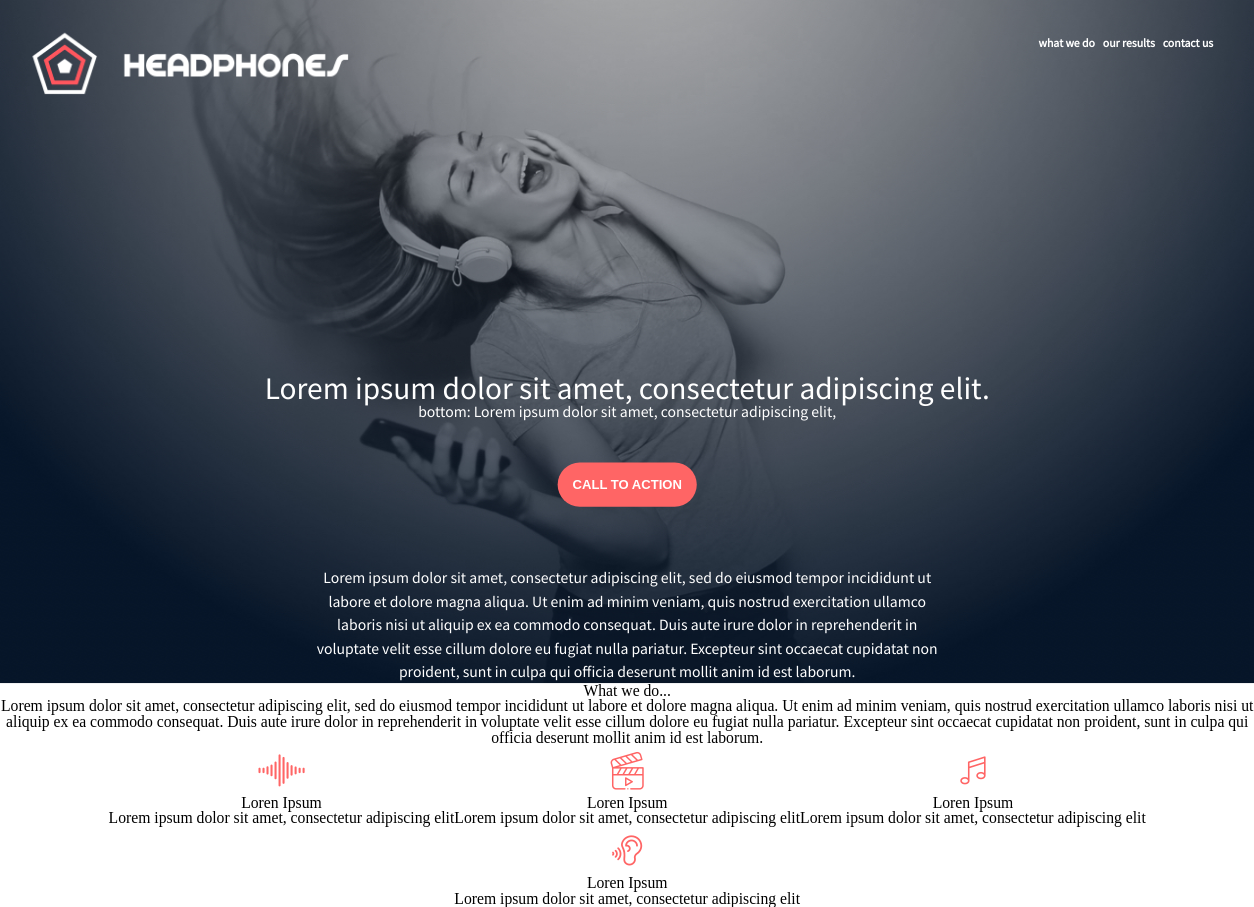
Repository: seleniadelgado/holbertonschool-web_front_end
Page: 0x09-implement_a_design_from_scratch/1-index.html
An editor plug-in stored every save of this project. The page is shown before and after the next save, followed by the edit.
The browser window is 1280 px wide. The pictures show the whole page, at 98% of full size.

Above is the page before, as saved 2020-03-19 16:07:28.

After the next save:
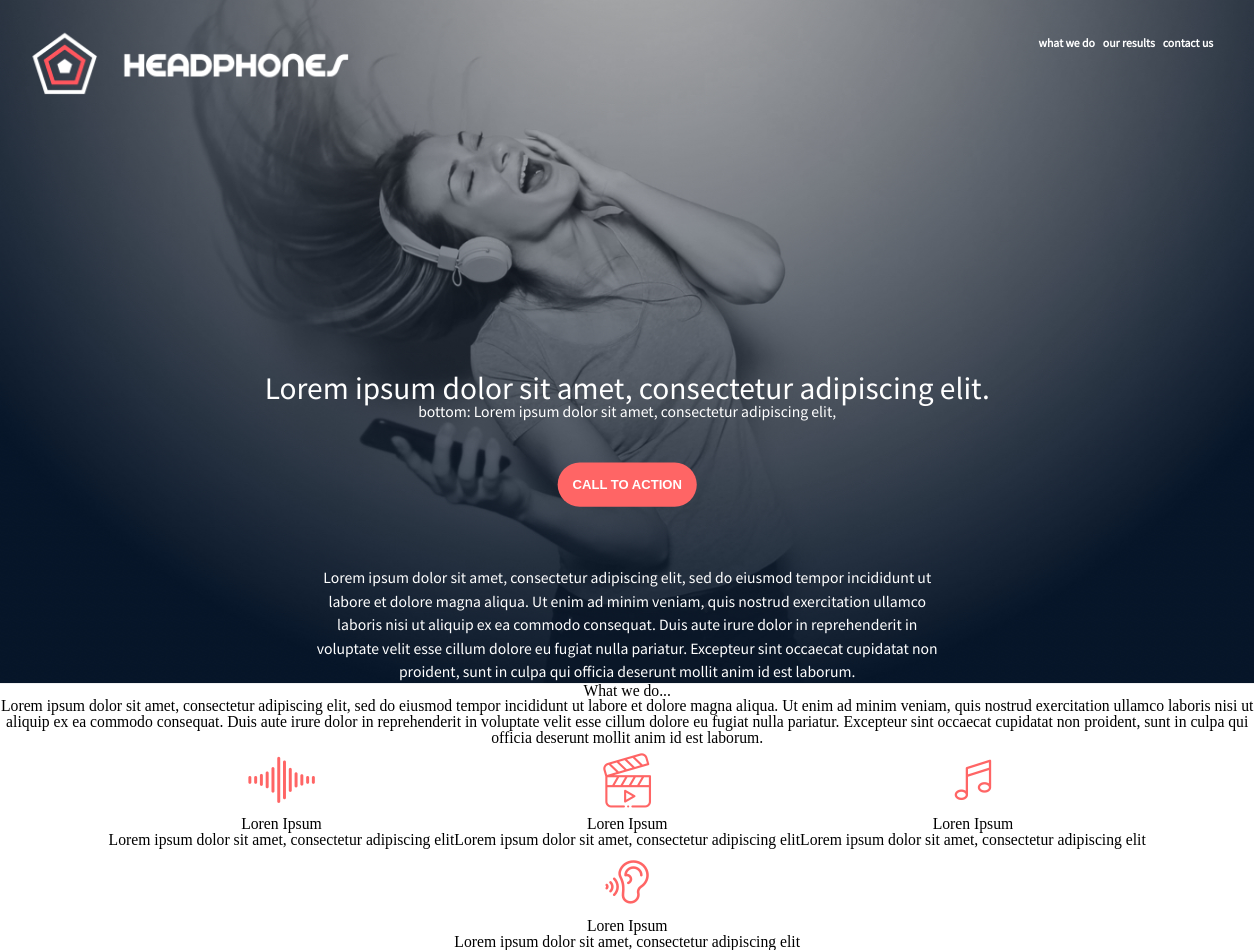
Saved 5 s later.
--- a/0x09-implement_a_design_from_scratch/1-styles.css
+++ b/0x09-implement_a_design_from_scratch/1-styles.css
@@ -3,7 +3,7 @@
     --font-size-sm: 12px;
     --font-size-md: 16px;
     --font-size-lg: 32px;
-    --font-size-xl: 50px;
+    --font-size-xl: 72px;
     --font-size-button: 14px;
     --color-primary-red: #FF6565;
     --color-body-white: white;
